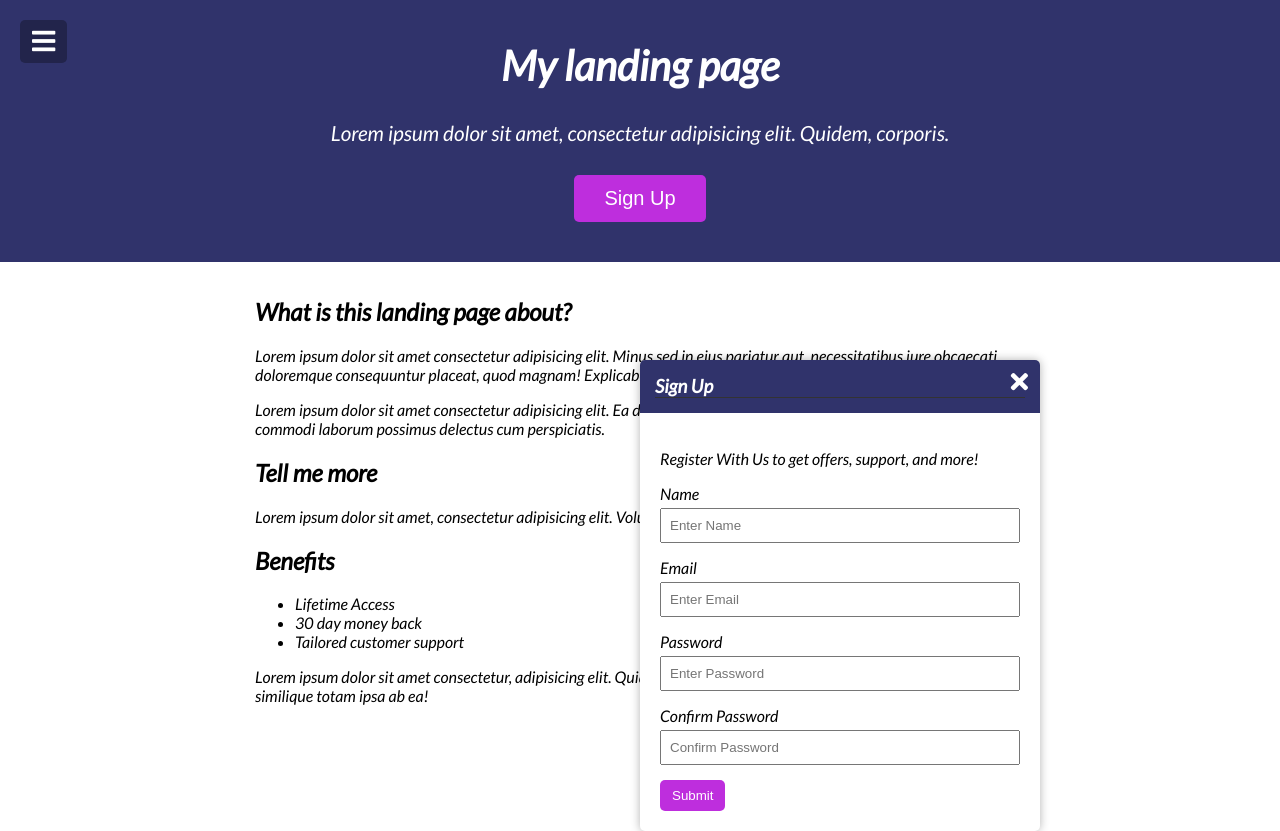
Repository: Izaya171/programming
Page: MenuSliderModal/index.html
The author's editor kept a copy of each file at every save. The page is drawn from the files as they stood at one save, then again after the next save.
The browser window is 1280 px wide. The pictures show the whole page.
After loading, the first visible `#open` was clicked once.
Some web libraries are served in a nearby version.

Above is the page before, as saved 2021-09-20 17:16:49.

After the next save:
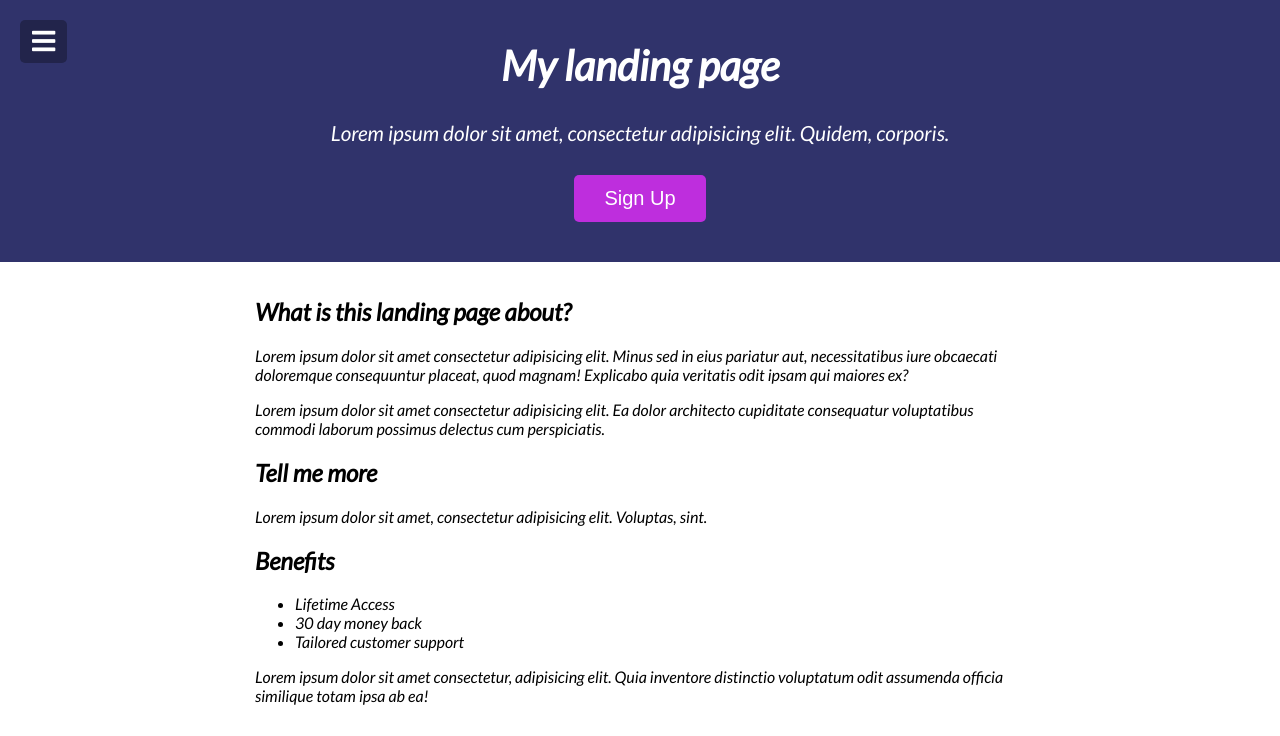
Saved 27 s later.
--- a/MenuSliderModal/style.css
+++ b/MenuSliderModal/style.css
@@ -121,7 +121,7 @@ button:focus {
 .modal-container {
     background-color: rgba(0, 0, 0, 0.6);
     display: none;
-    position: center;
+    position: fixed;
     top: 0;
     left: 0;
     right: 0;
@@ -129,7 +129,7 @@ button:focus {
 }
 
 .modal-container.show-modal {
-    display: block;
+    display: center;
 }
 
 .modal {
